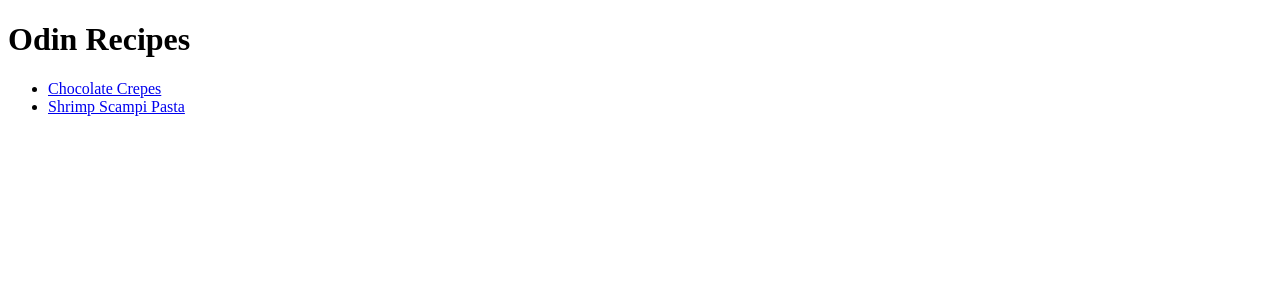
Repository: Mervens/odin-recipes
Page: index.html
The author's editor kept a copy of each file at every save. The page is drawn from the files as they stood at one save, then again after the next save.
The browser window is 1280 px wide. The pictures show the whole page.

Above is the page before, as saved 2025-06-18 12:10:39.

After the next save:
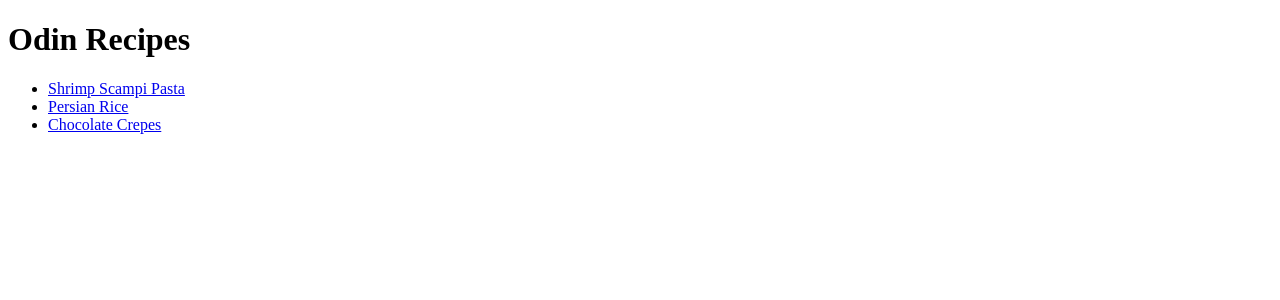
Saved 22 min 43 s later.
--- a/index.html
+++ b/index.html
@@ -10,8 +10,9 @@
 <body>
     <h1>Odin Recipes</h1>
     <ul>
+        <li><a href="./recipes/pasta.html">Shrimp Scampi Pasta</a></li>
+        <li><a href="./recipes/persian-rice.html">Persian Rice</a></li>
         <li><a href="./recipes/crepe.html">Chocolate Crepes</a></li>
-        <li><a href="./recipes/pasta.html">Shrimp Scampi Pasta</a></li>
     </ul>
 </body>
 
